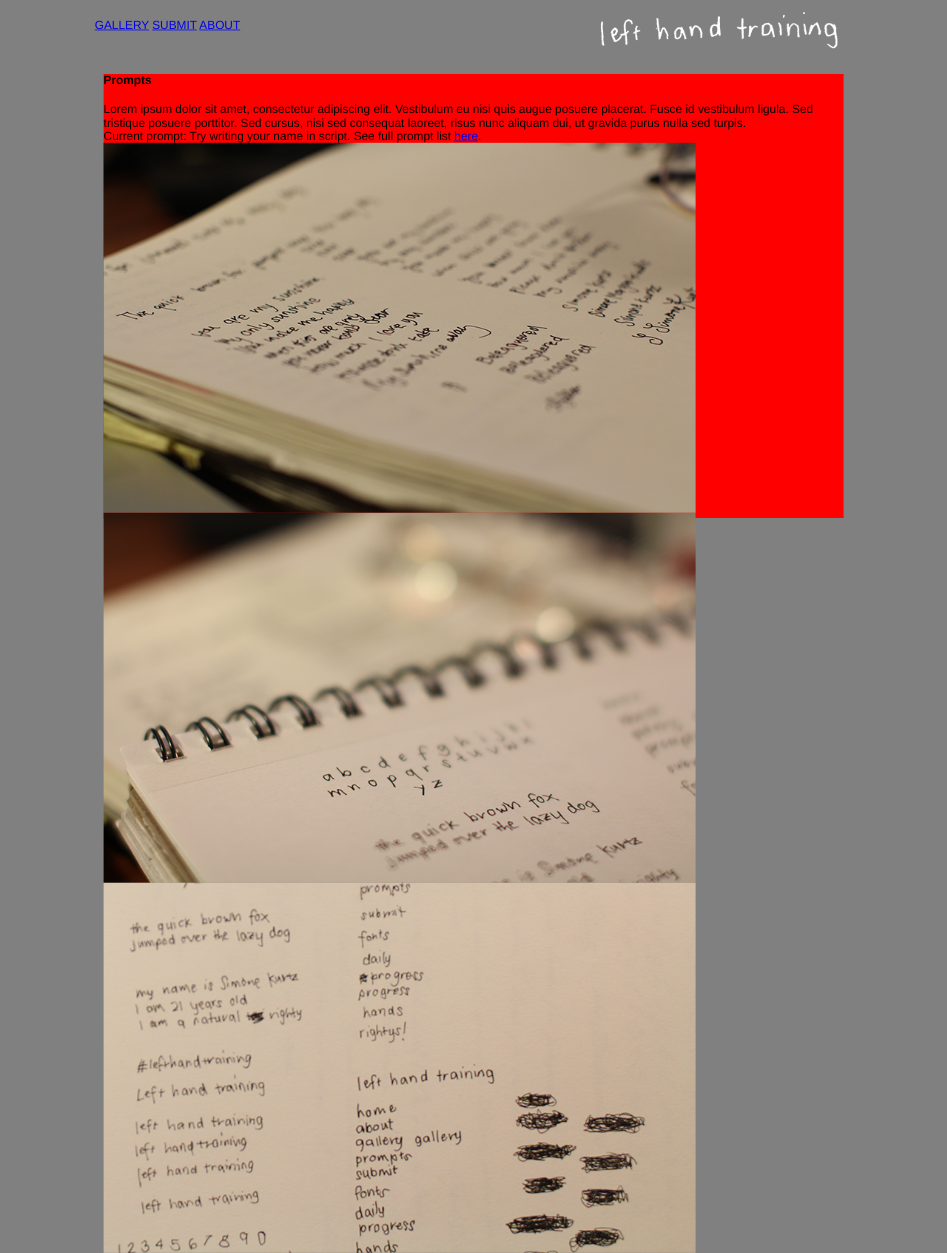
Repository: simonekurtz/simonekurtz.github.io
Page: 3ASGN_Catalog/prompts.html
The author's editor kept a record of every edit. The page is drawn from the files as they stood at one moment, then again after the next edit.
The browser window is 1280 px wide. The pictures show the whole page, at 74% of full size.
Some web libraries are served in a nearby version.

Above is the page before.

After the next edit:
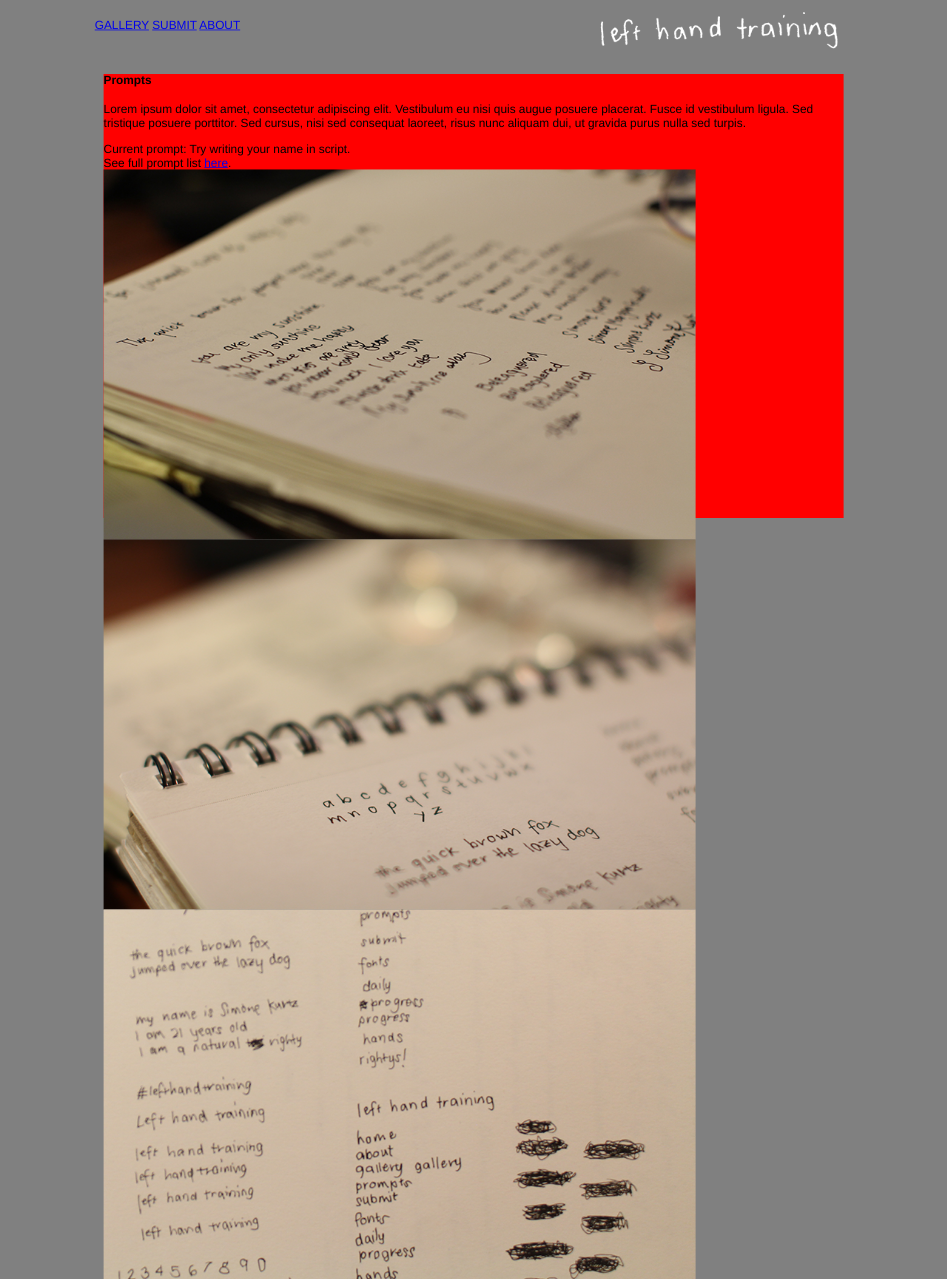
The edit:
--- a/3ASGN_Catalog/prompts.html
+++ b/3ASGN_Catalog/prompts.html
@@ -34,8 +34,9 @@
             <div class="infoBar">
                 Lorem ipsum dolor sit amet, consectetur adipiscing elit. Vestibulum eu nisi quis augue posuere placerat. Fusce id vestibulum ligula. Sed tristique posuere porttitor. Sed cursus, nisi sed consequat laoreet, risus nunc aliquam dui, ut gravida purus nulla sed turpis.
                     <br>
+                    <br>
                     Current prompt: Try writing your name in script.
-
+                    <br>
                     See full prompt list <a href="randomlink.html">here</a>.
             </div>
 
